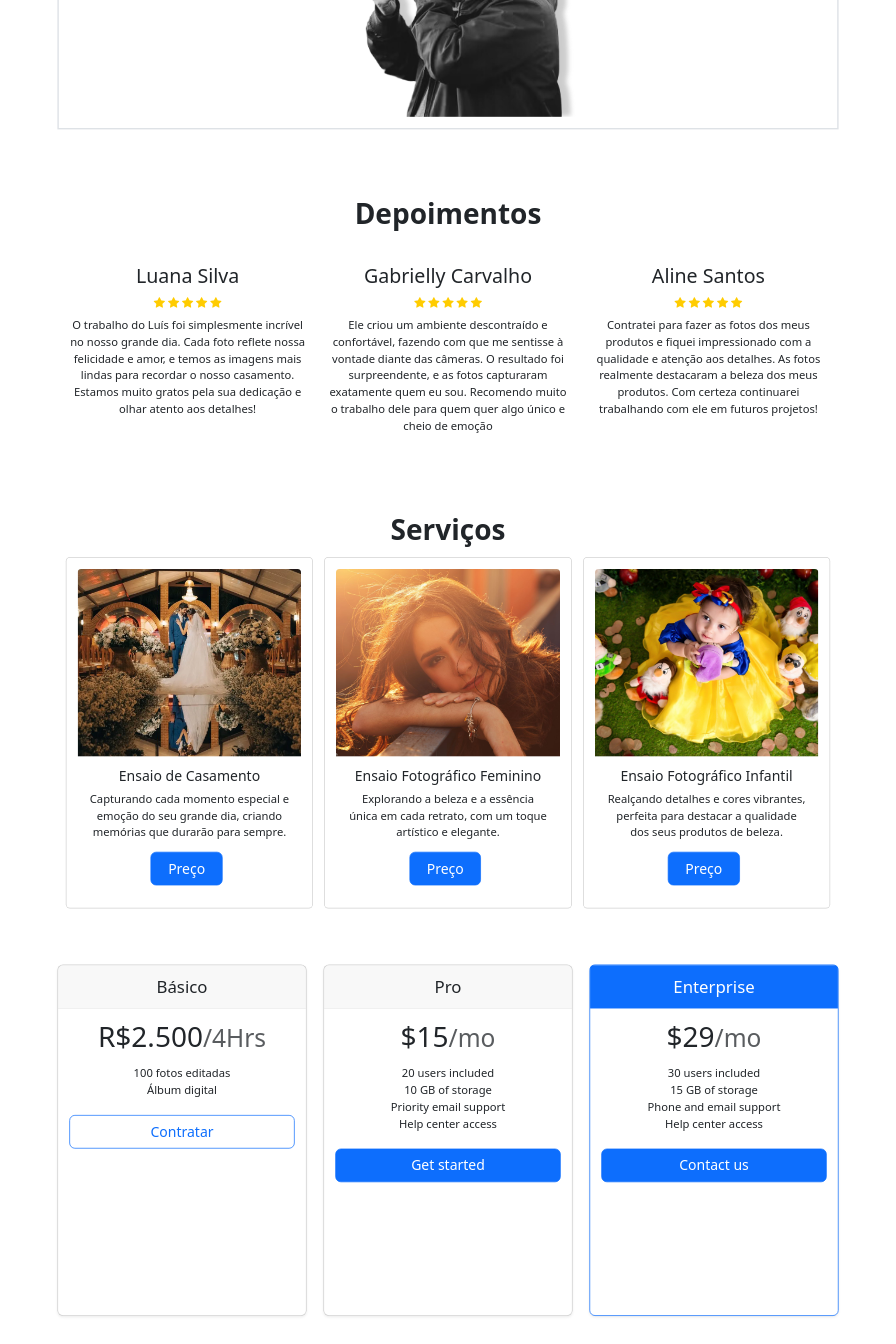
Repository: Marinalr-25/portifolio-fotografia
Page: index.html
The author's editor kept a copy of each file at every save. The page is drawn from the files as they stood at one save, then again after the next save.
The browser window is 1280 px wide. The pictures show the part of the page from y = 2107 to 4027 px (the page is 4027 px tall), at 70% of full size.
A picture or video elsewhere on the page could not be fetched, so the positions and the page height are approximate.

Above is the page before, as saved 2025-01-20 13:35:25.

After the next save:
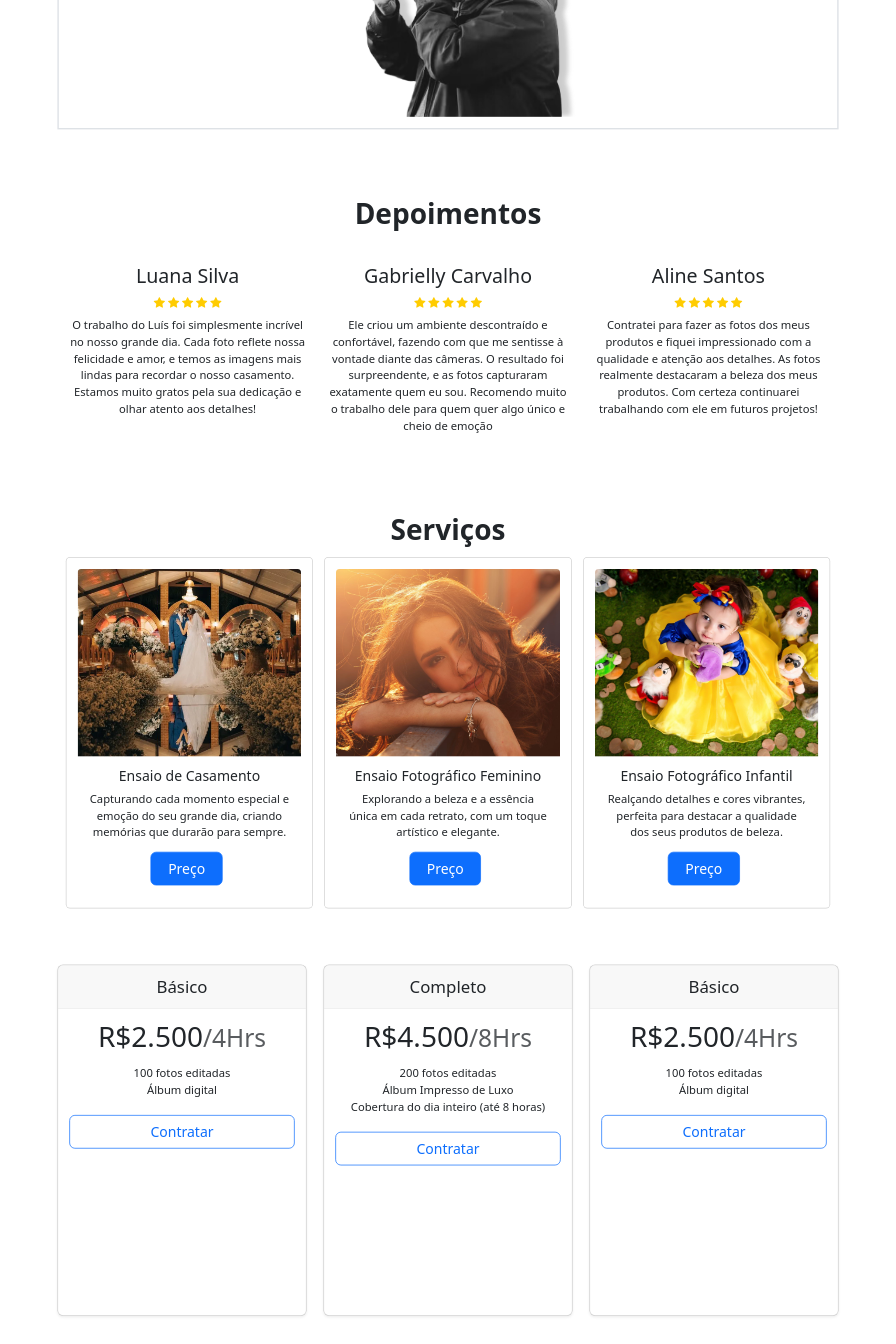
Saved 2 min 1 s later.
--- a/index.html
+++ b/index.html
@@ -371,41 +371,44 @@
         <div class="col">
           <div class="card mb-4 rounded-3 shadow-sm">
             <div class="card-header py-3">
-              <h4 class="my-0 fw-normal">Pro</h4>
+              <h4 class="my-0 fw-normal">Completo</h4>
             </div>
             <div class="card-body">
               <h1 class="card-title pricing-card-title">
-                $15<small class="text-body-secondary fw-light">/mo</small>
+                R$4.500<small class="text-body-secondary fw-light">/8Hrs</small>
               </h1>
               <ul class="list-unstyled mt-3 mb-4">
-                <li>20 users included</li>
-                <li>10 GB of storage</li>
-                <li>Priority email support</li>
-                <li>Help center access</li>
+                <li>200 fotos editadas</li>
+                <li>Álbum Impresso de Luxo</li>
+                <li>Cobertura do dia inteiro (até 8 horas)</li>
               </ul>
-              <button type="button" class="w-100 btn btn-lg btn-primary">
-                Get started
+              <button
+                type="button"
+                class="w-100 btn btn-lg btn-outline-primary"
+              >
+                Contratar
               </button>
             </div>
           </div>
         </div>
         <div class="col">
-          <div class="card mb-4 rounded-3 shadow-sm border-primary">
-            <div class="card-header py-3 text-bg-primary border-primary">
-              <h4 class="my-0 fw-normal">Enterprise</h4>
+          <div class="card mb-4 rounded-3 shadow-sm">
+            <div class="card-header py-3">
+              <h4 class="my-0 fw-normal">Básico</h4>
             </div>
             <div class="card-body">
               <h1 class="card-title pricing-card-title">
-                $29<small class="text-body-secondary fw-light">/mo</small>
+                R$2.500<small class="text-body-secondary fw-light">/4Hrs</small>
               </h1>
               <ul class="list-unstyled mt-3 mb-4">
-                <li>30 users included</li>
-                <li>15 GB of storage</li>
-                <li>Phone and email support</li>
-                <li>Help center access</li>
+                <li>100 fotos editadas</li>
+                <li>Álbum digital</li>
               </ul>
-              <button type="button" class="w-100 btn btn-lg btn-primary">
-                Contact us
+              <button
+                type="button"
+                class="w-100 btn btn-lg btn-outline-primary"
+              >
+                Contratar
               </button>
             </div>
           </div>
